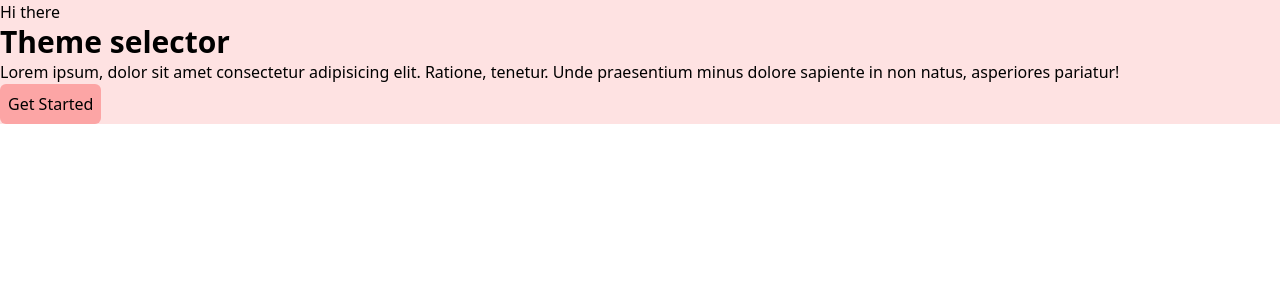
Repository: prince-bansal/tailwind-theme-switcher
Page: /
These files come from the project's save history. The page is drawn as it stood at one moment and after the next save; the edit follows.
The browser window is 1280 px wide. The pictures show the whole page.
The project was rebuilt for these pictures with package versions that can differ from the ones it lists, and the page was loaded fresh each time. Also part of the build but not shown: vite.config.ts, src/App.css.

Above is the page before, as saved 2024-03-17 19:08:11.

After the next save:
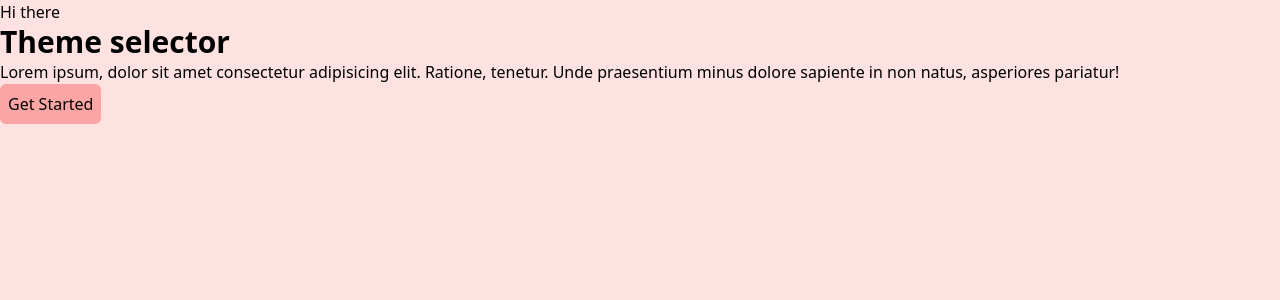
Saved 5 s later.
--- a/src/App.tsx
+++ b/src/App.tsx
@@ -3,7 +3,7 @@ import './App.css'
 function App() {
 
   return (
-    <div className='bg-red-100'>
+    <div className='bg-red-100 min-h-screen'>
       <p>Hi there</p>
       <h1 className="text-3xl font-bold">Theme selector</h1>
       <p>Lorem ipsum, dolor sit amet consectetur adipisicing elit. Ratione, tenetur. Unde praesentium minus dolore sapiente in non natus, asperiores pariatur!</p>
